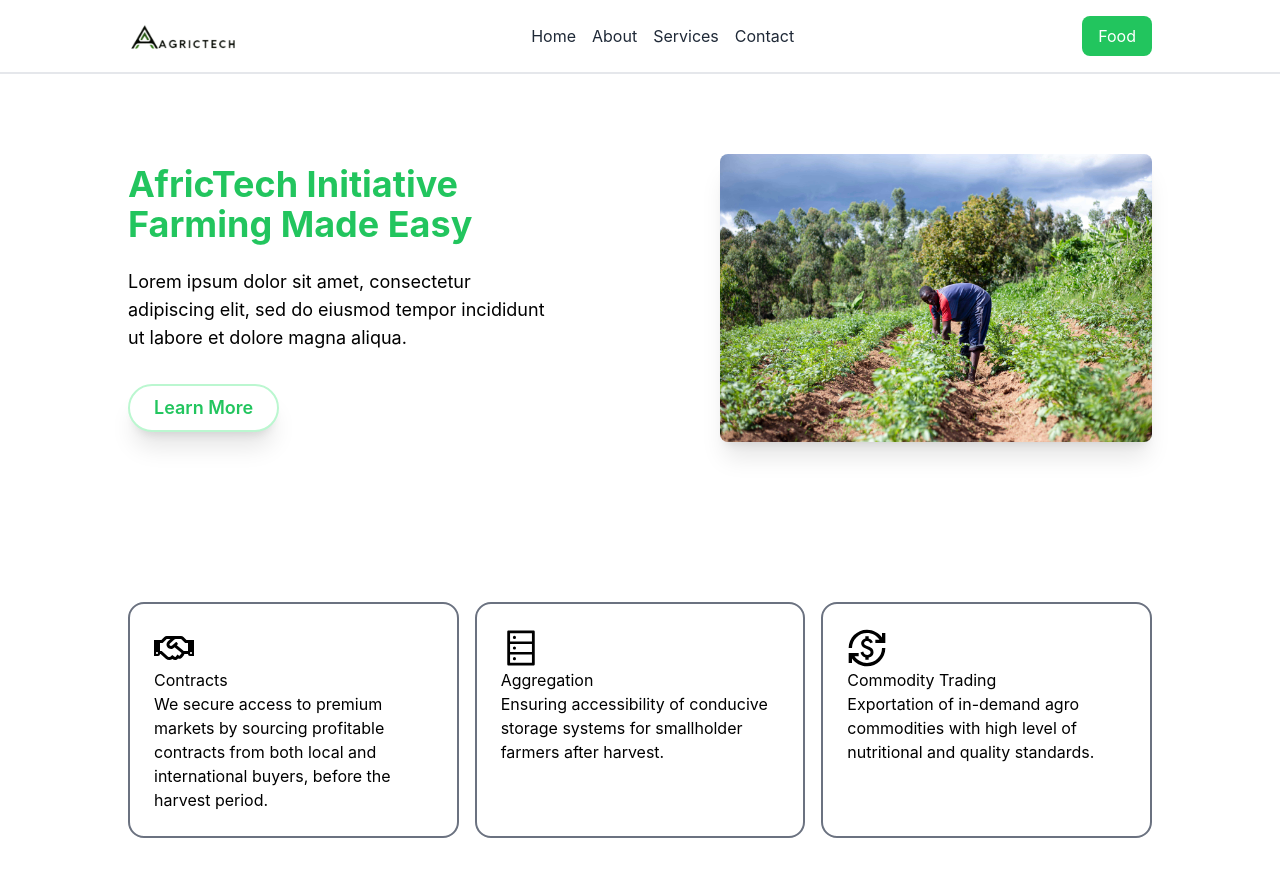
Repository: akinolapo/agric-tech
Page: /
An editor plug-in stored every save of this project. The page is shown before and after the next save, followed by the edit.
The browser window is 1280 px wide. The pictures show the whole page.
The project was rebuilt for these pictures with package versions that can differ from the ones it lists, and the page was loaded fresh each time.

Above is the page before, as saved 2023-05-27 09:30:43.

### src/index.css
@tailwind base;
@tailwind components;
@tailwind utilities;

body {
  margin: 0;
  font-family: -apple-system, BlinkMacSystemFont, 'Segoe UI', 'Roboto', 'Oxygen',
    'Ubuntu', 'Cantarell', 'Fira Sans', 'Droid Sans', 'Helvetica Neue',
    sans-serif;
  -webkit-font-smoothing: antialiased;
  -moz-osx-font-smoothing: grayscale;
}

code {
  font-family: source-code-pro, Menlo, Monaco, Consolas, 'Courier New',
    monospace;
}

.card-icon{
  height: 40px;
  width: 40px;
  color: ;
}

### src/App.js
import React from 'react'
import Header from './components/Header'
import Hero from './components/Hero'
import Value from './components/Value'

const App = () => {
  return (
    <div>
      <Header/>
      <Hero/>
      <Value/>
    </div>
  )
}

export default App

### src/components/Header.jsx
import React, { useState } from 'react';

const Header = () => {
  const [isMenuOpen, setIsMenuOpen] = useState(false);

  const toggleMenu = () => {
    setIsMenuOpen(!isMenuOpen);
  };

  const closeMenu = () => {
    setIsMenuOpen(false);
  };

  return (
    <header className="bg-white border-b-2">
      <div className="container mx-auto flex justify-between items-center py-4 px-5 sm:px-32">
        <div className="flex items-center">
          <img
            src={process.env.PUBLIC_URL+`media/logo.png`}
            alt="Logo"
            className="h-8 w-auto"
          />
        </div>
        <div className="hidden md:flex space-x-4">
          <a href="#" className="text-gray-800 hover:text-gray-600">Home</a>
          <a href="#" className="text-gray-800 hover:text-gray-600">About</a>
          <a href="#" className="text-gray-800 hover:text-gray-600">Services</a>
          <a href="#" className="text-gray-800 hover:text-gray-600">Contact</a>
        </div>
        <div className="md:hidden">
          <button
            type="button"
            className="flex items-center p-2 rounded-md text-gray-800 hover:text-gray-600 focus:outline-none"
            onClick={toggleMenu}
          >
            <svg
              xmlns="http://www.w3.org/2000/svg"
              className="h-6 w-6"
              fill="none"
              viewBox="0 0 24 24"
              stroke="currentColor"
            >
              <path
                strokeLinecap="round"
                strokeLinejoin="round"
                strokeWidth="2"
                d="M4 6h16M4 12h16M4 18h16"
              />
            </svg>
          </button>

        </div>
        <div className="hidden md:block">
          <button
            type="button"
            className="bg-green-500 text-white rounded-lg py-2 px-4"
          >
            Food
          </button>
        </div>
      </div>
      <div>
          {isMenuOpen && (
            <div className="mt-2 w-full">
              <ul className="bg-white border rounded-md divide-y divide-gray-200 shadow-md">
                <li className="py-2 px-4">
                  <a href="#" className="text-gray-800 hover:text-gray-600">Home</a>
                </li>
                <li className="py-2 px-4">
                  <a href="#" className="text-gray-800 hover:text-gray-600">About</a>
                </li>
                <li className="py-2 px-4">
                  <a href="#" className="text-gray-800 hover:text-gray-600">Services</a>
                </li>
                <li className="py-2 px-4">
                  <a href="#" className="text-gray-800 hover:text-gray-600">Contact</a>
                </li>
                <li className="py-2 px-4">
                  <button
                    type="button"
                    className="bg-green-500 text-white rounded-lg py-2 px-4 w-full"
                  >
                    Food
                  </button>
                </li>
              </ul>
              <div className="absolute top-0 right-0 p-2">
              </div>
            </div>
          )}
          </div>
    </header>
  );
};

export default Header;

### src/components/Hero.jsx
import React from 'react';

const Hero = () => {
  return (
    <section className="bg-white text-black py-20 px-5 sm:px-32">
      <div className="container mx-auto flex flex-col lg:flex-row items-center gap-40">
        <div className="lg:w-1/2">
          <h1 className="text-4xl font-bold mb-6 text-green-500">AfricTech Initiative <br></br> Farming Made Easy</h1>
          <p className="text-lg mb-8">Lorem ipsum dolor sit amet, consectetur adipiscing elit, sed do eiusmod tempor incididunt ut labore et dolore magna aliqua.</p>
          <button className="bg-white text-lg border-2 border-green-200 text-green-500 py-2 px-6 rounded-full font-semibold shadow-xl hover:shadow-2xl transition duration-300">Learn More</button>
        </div>
        <div className="lg:w-1/2">
          <img src={process.env.PUBLIC_URL+`media/hero.jpg`}alt="Agriculture" className="rounded-lg shadow-xl" />
        </div>
      </div>
    </section>
  );
};

export default Hero;

### src/components/Value.jsx
import React from 'react'
import {FaRegHandshake} from 'react-icons/fa'
import {AiOutlineDatabase} from 'react-icons/ai'
import {MdOutlineCurrencyExchange} from 'react-icons/md'

const data= [
    {
        id: 1,
        icon: <FaRegHandshake className='card-icon'/>,
        title: 'Contracts',
        description: 'We secure access to premium markets by sourcing profitable contracts from both local and international buyers, before the harvest period.',
        // link: '/'
    },
    {
        id: 2,
        icon: <AiOutlineDatabase className='card-icon'/>,
        title: 'Aggregation',
        description: 'Ensuring accessibility of conducive storage systems for smallholder farmers after harvest.',
        // link: '/'
    },
    {
        id: 3,
        icon: <MdOutlineCurrencyExchange className='card-icon'/>,
        title: 'Commodity Trading',
        description: 'Exportation of in-demand agro commodities with high level of nutritional and quality standards.',
        // link: '/'
    }
]

const Value = () => {
  return (
    <div className='mt-10 block md:grid md:gap-4 md: grid-cols-2 lg:grid-cols-3 py-10 px-5 sm:px-32'>
        {
            data.map(({id, icon, title, description})=>{
                return(
                    <div key={id} className='border-solid border-2 border-gray-500 p-6 rounded-2xl mb-4 md:mb-0'>
            {icon}
            <h3>{title}</h3>
            <p>{description}</p>
        </div>
                )
            })
        }

    </div>
  )
}

export default Value

Loaded but not shown: public/index.html (common file); src/index.js (common file); tailwind.config.js (common file)

After the next save:
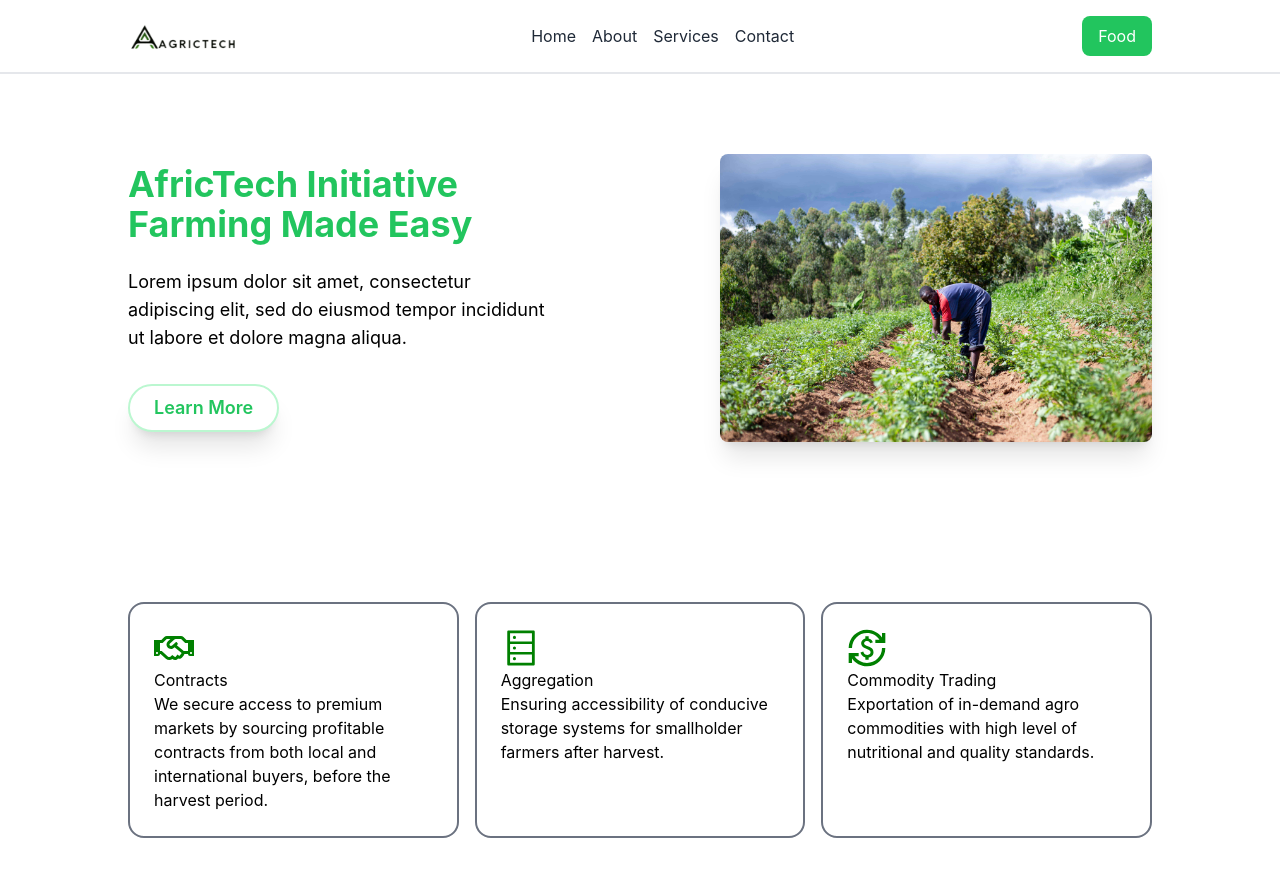
Saved 4 s later.
--- a/src/index.css
+++ b/src/index.css
@@ -19,5 +19,5 @@ code {
 .card-icon{
   height: 40px;
   width: 40px;
-  color: ;
+  color: green;
 }
